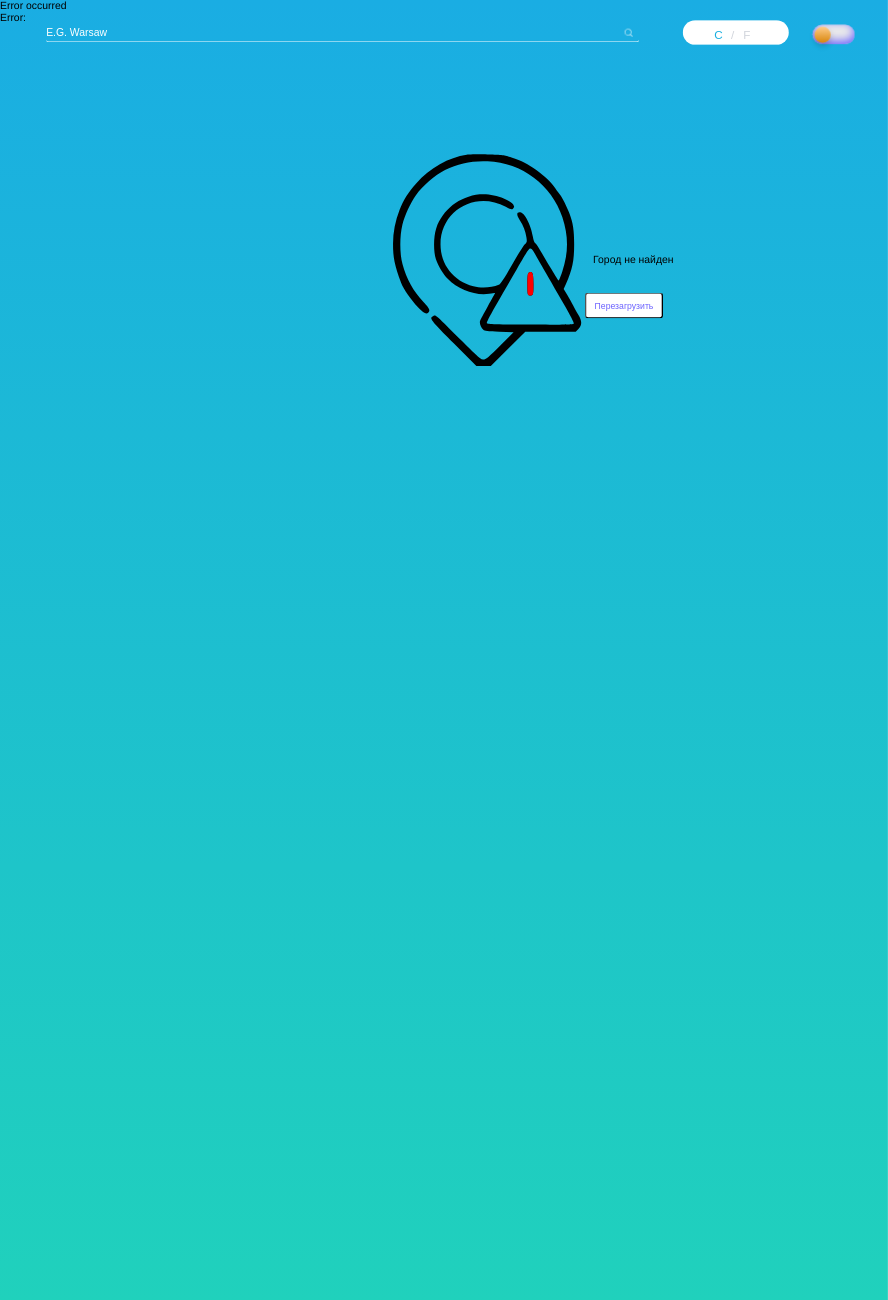
Repository: nikiforovki/WeatherApp
Page: /
An editor plug-in stored every save of this project. The page is shown before and after the next save, followed by the edit.
The browser window is 1280 px wide. The page is 1366 px wide, so the pictures cover 1366 px, including what lies to the right of the window. The pictures show the whole page, at 65% of full size.
The page's requests for data from a server got no answer. The project was rebuilt for these pictures with package versions that can differ from the ones it lists, and the page was loaded fresh each time. No one was signed in, and anything a server would have sent is missing. Also part of the build but not shown: webpack.config.ts, public/assets/images/FeatherSunrise.tsx.

Above is the page before, as saved 2024-06-30 05:39:19.

After the next save:
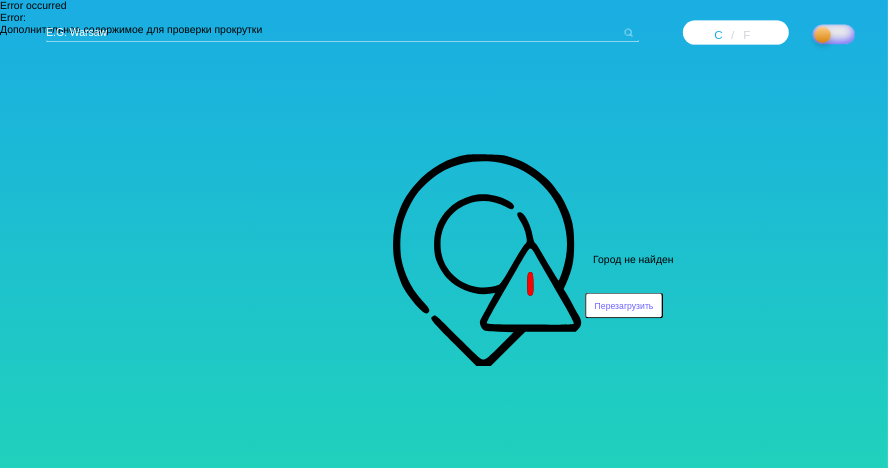
Saved 3 min 10 s later.
--- a/src/App.tsx
+++ b/src/App.tsx
@@ -9,7 +9,7 @@ import { InputSearch } from './components/InputSearch/InputSearch';
 
 const AppWrapper = styled.div`
   width: 1366px;
-  height: 2000px;
+  height: 100vh;
   max-width: 1366px;
   background: ${({ theme }) =>
     `linear-gradient(180deg, var(--${theme === 'light' ? 'primary-color' : 'secondary-color'}) 0%, var(--${theme === 'light' ? 'secondary-color' : 'primary-color'}) 100%) 0% 0% no-repeat padding-box`};
@@ -68,6 +68,10 @@ const App = () => {
         <InputSearch onCityChange={handleCityChange} />
         <WeatherSummary />
         {isLoading ? <WeatherSkeleton count={1} /> : <WeatherForecastDetails />}
+        {/* Добавьте дополнительные элементы, чтобы содержимое превышало высоту контейнера */}
+        <div style={{ height: '150vh' }}>
+          Дополнительное содержимое для проверки прокрутки
+        </div>
       </AppWrapper>
     </>
   );
